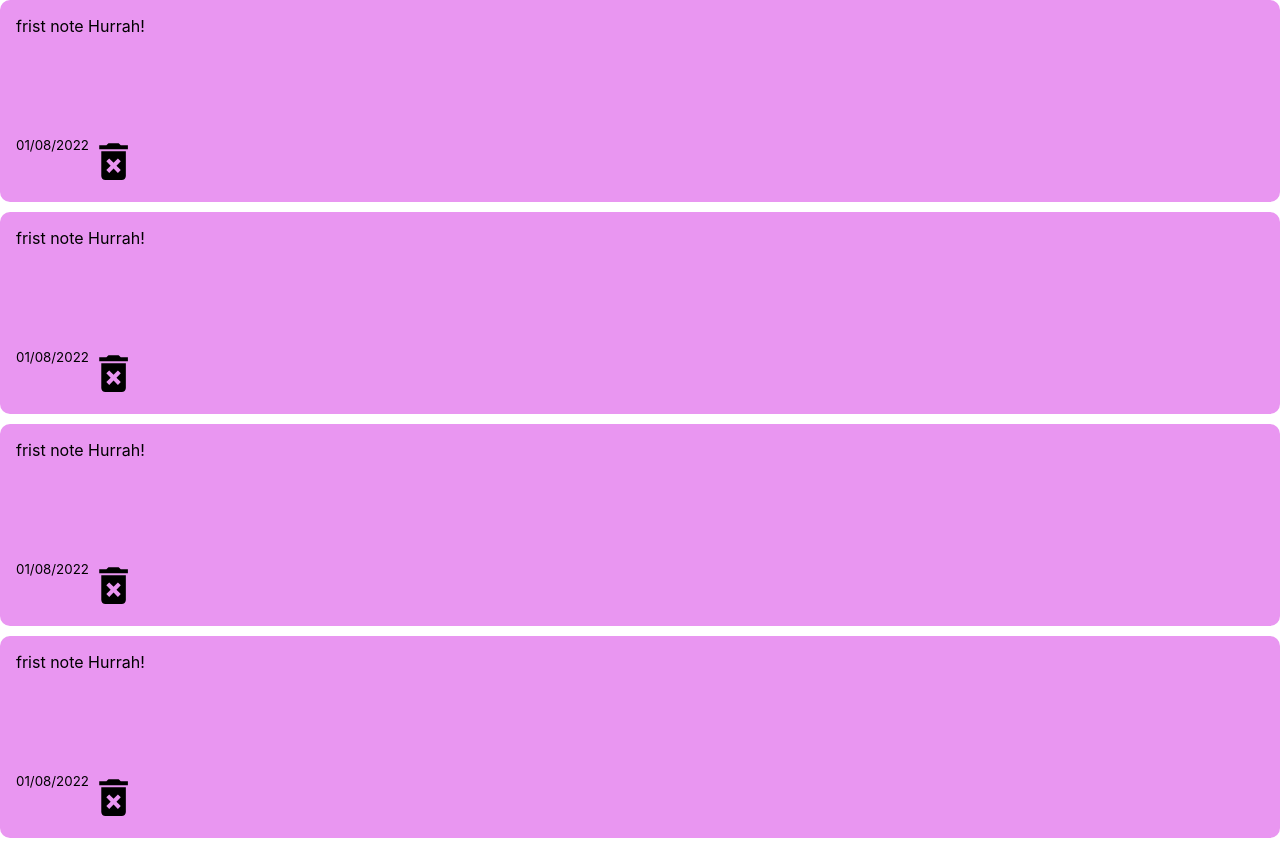
Repository: DeraBola/react-notes-app
Page: /
The author's editor kept a copy of each file at every save. The page is drawn from the files as they stood at one save, then again after the next save.
The browser window is 1280 px wide. The pictures show the whole page.
The project was rebuilt for these pictures with package versions that can differ from the ones it lists, and the page was loaded fresh each time.

Above is the page before, as saved 2022-08-01 08:31:45.

After the next save:
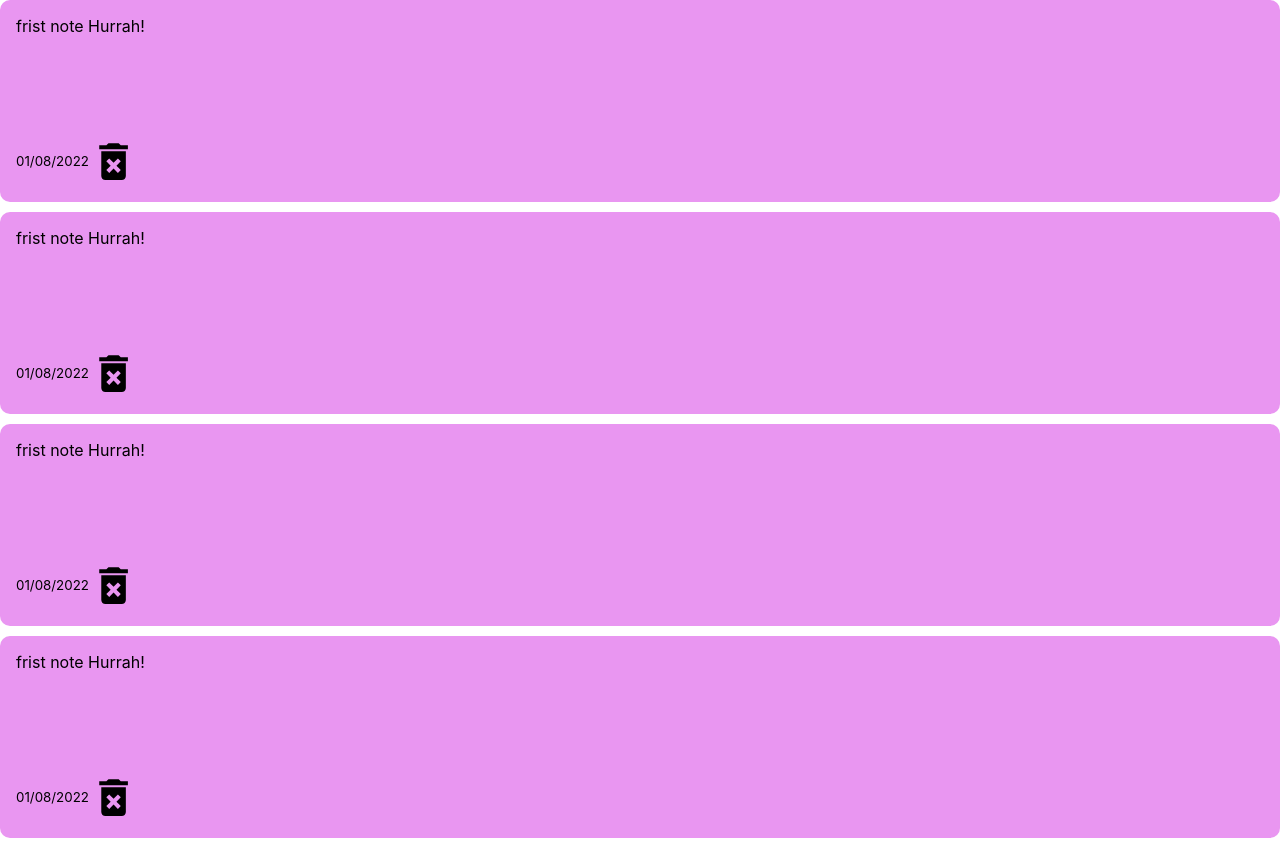
Saved 13 s later.
--- a/src/index.css
+++ b/src/index.css
@@ -22,5 +22,6 @@ code {
 
 .note-footer {
     display: flex;
-    a
+    align-items: center;
+    j
 }
